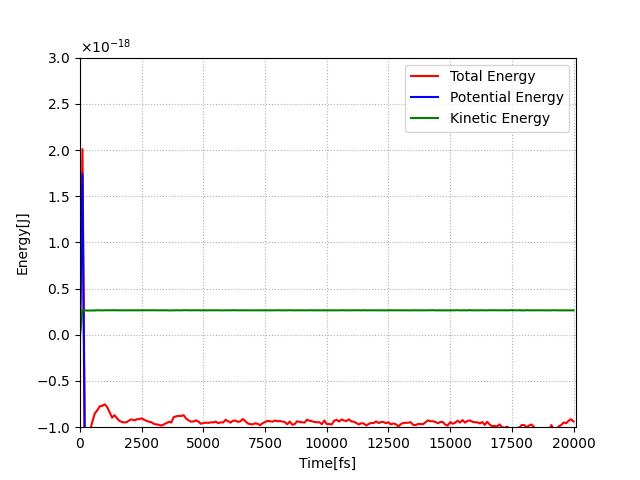
Repository: Tomoya-Oku/OU2025_Handover
Script's output: python Fortran/Samples/Modern/energy_graph.py
The author's editor kept a copy of each file at every save. The script's output is drawn from the files as they stood at one save, then again after the next save.
Random numbers start from a fixed seed.

Above is the script's output before, as saved 2024-05-06 23:55:57.

### Fortran/Samples/Modern/energy_graph.py
import matplotlib.pyplot as plt
from matplotlib.ticker import ScalarFormatter
import pandas as pd
import numpy as np

def main():
    input_dat = pd.read_table("energy.dat",header=None, delim_whitespace=True)

    time = np.arange(0, 20001, 100)
    tote = input_dat[input_dat.keys()[0]]
    pote = input_dat[input_dat.keys()[1]]
    kine = input_dat[input_dat.keys()[2]]

    print(tote)

    plt.xlabel("Time[fs]")
    plt.ylabel("Energy[J]")
    plt.xlim(0, len(time)*100)
    plt.ylim(-1e-18, 3e-18)
    plt.gca().yaxis.set_major_formatter(ScalarFormatter(useMathText=True))

    plt.grid(linestyle="dotted")

    plt.plot(time, tote, label="Total Energy", color="red")
    plt.plot(time, pote, label="Potential Energy", color="blue")
    plt.plot(time, kine, label="Kinetic Energy", color="green")
    plt.legend()
    plt.show()

###################################################################################################

main()

### Fortran/Samples/Modern/energy.dat
  0.0000000E+00  0.0000000E+00  0.0000000E+00  0.0000000E+00
  0.2009740E-17  0.1742599E-17  0.2671410E-18  0.2015490E+03
 -0.1287433E-17 -0.1551775E-17  0.2643419E-18  0.1994372E+03
 -0.1187211E-17 -0.1449932E-17  0.2627207E-18  0.1982141E+03
 -0.1044685E-17 -0.1307606E-17  0.2629203E-18  0.1983646E+03
 -0.9412290E-18 -0.1205106E-17  0.2638770E-18  0.1990864E+03
 -0.8518248E-18 -0.1115275E-17  0.2634498E-18  0.1987641E+03
 -0.8167055E-18 -0.1082203E-17  0.2654975E-18  0.2003090E+03
 -0.7735485E-18 -0.1038449E-17  0.2649010E-18  0.1998590E+03
 -0.7692481E-18 -0.1033728E-17  0.2644803E-18  0.1995416E+03
 -0.7521146E-18 -0.1017408E-17  0.2652934E-18  0.2001551E+03
 -0.7813954E-18 -0.1046555E-17  0.2651600E-18  0.2000544E+03
 -0.8372769E-18 -0.1103310E-17  0.2660335E-18  0.2007134E+03
 -0.8965536E-18 -0.1161320E-17  0.2647666E-18  0.1997576E+03
 -0.8704361E-18 -0.1136631E-17  0.2661950E-18  0.2008352E+03
 -0.9031885E-18 -0.1168286E-17  0.2650974E-18  0.2000072E+03
 -0.9320930E-18 -0.1197531E-17  0.2654380E-18  0.2002642E+03
 -0.9437238E-18 -0.1208515E-17  0.2647915E-18  0.1997764E+03
 -0.9492217E-18 -0.1214108E-17  0.2648860E-18  0.1998476E+03
 -0.9446874E-18 -0.1209500E-17  0.2648124E-18  0.1997922E+03
 -0.9248491E-18 -0.1188912E-17  0.2640627E-18  0.1992265E+03
 -0.9157106E-18 -0.1180172E-17  0.2644613E-18  0.1995273E+03
 -0.9270122E-18 -0.1191885E-17  0.2648723E-18  0.1998373E+03
 -0.9145964E-18 -0.1179811E-17  0.2652143E-18  0.2000954E+03
 -0.9122103E-18 -0.1177686E-17  0.2654755E-18  0.2002925E+03
 -0.9036327E-18 -0.1168034E-17  0.2644015E-18  0.1994821E+03
 -0.9197311E-18 -0.1184581E-17  0.2648495E-18  0.1998202E+03
 -0.9307253E-18 -0.1195792E-17  0.2650671E-18  0.1999843E+03
 -0.9416899E-18 -0.1206542E-17  0.2648516E-18  0.1998217E+03
 -0.9468624E-18 -0.1213111E-17  0.2662487E-18  0.2008758E+03
 -0.9650781E-18 -0.1230633E-17  0.2655550E-18  0.2003524E+03
 -0.9701396E-18 -0.1234945E-17  0.2648056E-18  0.1997870E+03
 -0.9735854E-18 -0.1238939E-17  0.2653539E-18  0.2002007E+03
 -0.9823917E-18 -0.1247840E-17  0.2654487E-18  0.2002722E+03
 -0.9698070E-18 -0.1234633E-17  0.2648262E-18  0.1998025E+03
 -0.9559048E-18 -0.1221478E-17  0.2655728E-18  0.2003658E+03
 -0.9418401E-18 -0.1205791E-17  0.2639505E-18  0.1991419E+03
 -0.9490433E-18 -0.1213331E-17  0.2642880E-18  0.1993965E+03
 -0.8904278E-18 -0.1154500E-17  0.2640720E-18  0.1992335E+03
 -0.8822284E-18 -0.1147417E-17  0.2651886E-18  0.2000760E+03
 -0.8774964E-18 -0.1142903E-17  0.2654065E-18  0.2002403E+03
 -0.8786047E-18 -0.1142657E-17  0.2640527E-18  0.1992190E+03
 -0.8697184E-18 -0.1135865E-17  0.2661470E-18  0.2007990E+03
 -0.9066693E-18 -0.1172063E-17  0.2653936E-18  0.2002306E+03
 -0.9266491E-18 -0.1191671E-17  0.2650218E-18  0.1999501E+03
 -0.9402176E-18 -0.1205272E-17  0.2650545E-18  0.1999748E+03
 -0.9383823E-18 -0.1203686E-17  0.2653036E-18  0.2001627E+03
 -0.9258566E-18 -0.1190971E-17  0.2651145E-18  0.2000201E+03
 -0.9401294E-18 -0.1206033E-17  0.2659040E-18  0.2006157E+03
 -0.9627398E-18 -0.1226873E-17  0.2641334E-18  0.1992798E+03
 -0.9548249E-18 -0.1220524E-17  0.2656988E-18  0.2004609E+03
 -0.9506015E-18 -0.1215171E-17  0.2645699E-18  0.1996092E+03
 -0.9537976E-18 -0.1219461E-17  0.2656634E-18  0.2004342E+03
 -0.9473235E-18 -0.1212884E-17  0.2655604E-18  0.2003565E+03
 -0.9480153E-18 -0.1212873E-17  0.2648575E-18  0.1998262E+03
 -0.9395689E-18 -0.1205318E-17  0.2657493E-18  0.2004990E+03
 -0.9559761E-18 -0.1220827E-17  0.2648504E-18  0.1998208E+03
 -0.9478495E-18 -0.1212288E-17  0.2644386E-18  0.1995101E+03
 -0.9491484E-18 -0.1214042E-17  0.2648934E-18  0.1998533E+03
 -0.9200736E-18 -0.1185618E-17  0.2655442E-18  0.2003443E+03
 -0.9347899E-18 -0.1200546E-17  0.2657557E-18  0.2005039E+03
 -0.9503190E-18 -0.1214872E-17  0.2645535E-18  0.1995968E+03
 -0.9302491E-18 -0.1196212E-17  0.2659630E-18  0.2006602E+03
 -0.9287852E-18 -0.1194841E-17  0.2660563E-18  0.2007306E+03
 -0.9425087E-18 -0.1207569E-17  0.2650599E-18  0.1999789E+03
 -0.9361554E-18 -0.1200698E-17  0.2645426E-18  0.1995886E+03
 -0.9112968E-18 -0.1176473E-17  0.2651758E-18  0.2000663E+03
 -0.9337507E-18 -0.1199076E-17  0.2653255E-18  0.2001792E+03
 -0.9600221E-18 -0.1225544E-17  0.2655222E-18  0.2003276E+03
 -0.9662998E-18 -0.1231646E-17  0.2653466E-18  0.2001952E+03
 -0.9698140E-18 -0.1234540E-17  0.2647261E-18  0.1997270E+03
 -0.9580642E-18 -0.1222983E-17  0.2649191E-18  0.1998726E+03
 -0.9637080E-18 -0.1228527E-17  0.2648191E-18  0.1997972E+03
 -0.9788009E-18 -0.1243551E-17  0.2647502E-18  0.1997452E+03
 -0.9558558E-18 -0.1221211E-17  0.2653548E-18  0.2002014E+03
 -0.9443511E-18 -0.1209653E-17  0.2653018E-18  0.2001614E+03
 -0.9314444E-18 -0.1196152E-17  0.2647079E-18  0.1997133E+03
 -0.9365196E-18 -0.1201538E-17  0.2650184E-18  0.1999476E+03
 -0.9403887E-18 -0.1205663E-17  0.2652745E-18  0.2001408E+03
 -0.9270429E-18 -0.1191803E-17  0.2647597E-18  0.1997524E+03
 -0.9361062E-18 -0.1201823E-17  0.2657169E-18  0.2004745E+03
 -0.9331902E-18 -0.1198307E-17  0.2651168E-18  0.2000218E+03
 -0.9383272E-18 -0.1202877E-17  0.2645501E-18  0.1995942E+03
 -0.9444703E-18 -0.1210038E-17  0.2655679E-18  0.2003621E+03
 -0.9682185E-18 -0.1232689E-17  0.2644706E-18  0.1995343E+03
 -0.9381254E-18 -0.1204164E-17  0.2660389E-18  0.2007175E+03
 -0.9729567E-18 -0.1238067E-17  0.2651098E-18  0.2000165E+03
 -0.9665360E-18 -0.1231196E-17  0.2646605E-18  0.1996775E+03
 -0.9353457E-18 -0.1200898E-17  0.2655518E-18  0.2003500E+03
 -0.9438126E-18 -0.1209180E-17  0.2653670E-18  0.2002105E+03
 -0.9472789E-18 -0.1212298E-17  0.2650187E-18  0.1999478E+03
 -0.9498625E-18 -0.1214704E-17  0.2648415E-18  0.1998141E+03
 -0.9183808E-18 -0.1183126E-17  0.2647451E-18  0.1997414E+03
 -0.9300651E-18 -0.1195657E-17  0.2655916E-18  0.2003800E+03
 -0.9355587E-18 -0.1200637E-17  0.2650781E-18  0.1999926E+03
 -0.9427315E-18 -0.1207839E-17  0.2651072E-18  0.2000145E+03
 -0.9465320E-18 -0.1211329E-17  0.2647973E-18  0.1997807E+03
 -0.9457175E-18 -0.1210495E-17  0.2647778E-18  0.1997661E+03
 -0.9676765E-18 -0.1233115E-17  0.2654382E-18  0.2002643E+03
 -0.9273516E-18 -0.1193156E-17  0.2658047E-18  0.2005408E+03
 -0.9667943E-18 -0.1232122E-17  0.2653281E-18  0.2001812E+03
 -0.9648564E-18 -0.1229752E-17  0.2648955E-18  0.1998548E+03
 -0.9704332E-18 -0.1235750E-17  0.2653166E-18  0.2001725E+03
 -0.9307834E-18 -0.1195549E-17  0.2647660E-18  0.1997571E+03
 -0.9200874E-18 -0.1185368E-17  0.2652804E-18  0.2001452E+03
 -0.9387429E-18 -0.1203549E-17  0.2648057E-18  0.1997871E+03
 -0.9167015E-18 -0.1182912E-17  0.2662102E-18  0.2008468E+03
 -0.9280079E-18 -0.1192593E-17  0.2645851E-18  0.1996206E+03
 -0.9325684E-18 -0.1197287E-17  0.2647188E-18  0.1997215E+03
 -0.9153961E-18 -0.1181153E-17  0.2657564E-18  0.2005044E+03
 -0.9387598E-18 -0.1204468E-17  0.2657077E-18  0.2004676E+03
 -0.9398386E-18 -0.1204853E-17  0.2650144E-18  0.1999445E+03
 -0.9555375E-18 -0.1221736E-17  0.2661986E-18  0.2008380E+03
 -0.9704523E-18 -0.1236010E-17  0.2655573E-18  0.2003541E+03
 -0.9566686E-18 -0.1220850E-17  0.2641813E-18  0.1993160E+03
 -0.9606298E-18 -0.1227208E-17  0.2665780E-18  0.2011242E+03
 -0.9806929E-18 -0.1244932E-17  0.2642386E-18  0.1993592E+03
 -0.9651374E-18 -0.1230484E-17  0.2653463E-18  0.2001949E+03
 -0.9534136E-18 -0.1218587E-17  0.2651736E-18  0.2000647E+03
 -0.9559815E-18 -0.1221485E-17  0.2655036E-18  0.2003136E+03
 -0.9374195E-18 -0.1202113E-17  0.2646940E-18  0.1997028E+03
 -0.9548110E-18 -0.1219974E-17  0.2651632E-18  0.2000568E+03
 -0.9441756E-18 -0.1208997E-17  0.2648211E-18  0.1997987E+03
 -0.9441109E-18 -0.1209106E-17  0.2649952E-18  0.1999301E+03
 -0.9566169E-18 -0.1221033E-17  0.2644159E-18  0.1994930E+03
 -0.9469026E-18 -0.1212423E-17  0.2655200E-18  0.2003260E+03
 -0.9696516E-18 -0.1234979E-17  0.2653279E-18  0.2001811E+03
 -0.9593795E-18 -0.1223962E-17  0.2645829E-18  0.1996190E+03
 -0.9682219E-18 -0.1233860E-17  0.2656382E-18  0.2004152E+03
 -0.9906631E-18 -0.1255121E-17  0.2644580E-18  0.1995247E+03
 -0.9666725E-18 -0.1231982E-17  0.2653096E-18  0.2001673E+03
 -0.9531750E-18 -0.1218269E-17  0.2650942E-18  0.2000047E+03
 -0.9526289E-18 -0.1216701E-17  0.2640723E-18  0.1992338E+03
 -0.9520371E-18 -0.1216371E-17  0.2643336E-18  0.1994309E+03
 -0.9450574E-18 -0.1209749E-17  0.2646911E-18  0.1997006E+03
 -0.9748637E-18 -0.1240098E-17  0.2652341E-18  0.2001103E+03
 -0.9773242E-18 -0.1242636E-17  0.2653115E-18  0.2001687E+03
 -0.9646059E-18 -0.1229218E-17  0.2646124E-18  0.1996412E+03
 -0.9653822E-18 -0.1230170E-17  0.2647875E-18  0.1997734E+03
 -0.9676526E-18 -0.1232332E-17  0.2646798E-18  0.1996921E+03
 -0.9464784E-18 -0.1211204E-17  0.2647255E-18  0.1997266E+03
 -0.9256983E-18 -0.1191458E-17  0.2657599E-18  0.2005070E+03
 -0.9354450E-18 -0.1200366E-17  0.2649206E-18  0.1998738E+03
 -0.9357858E-18 -0.1202093E-17  0.2663070E-18  0.2009198E+03
 -0.9427376E-18 -0.1207359E-17  0.2646214E-18  0.1996480E+03
 -0.9570580E-18 -0.1221646E-17  0.2645883E-18  0.1996230E+03
 -0.9439079E-18 -0.1208623E-17  0.2647153E-18  0.1997189E+03
 -0.9433462E-18 -0.1207719E-17  0.2643726E-18  0.1994604E+03
 -0.9723289E-18 -0.1237141E-17  0.2648118E-18  0.1997917E+03
 -0.9821890E-18 -0.1246956E-17  0.2647673E-18  0.1997581E+03
 -0.9457060E-18 -0.1210334E-17  0.2646281E-18  0.1996531E+03
 -0.9621370E-18 -0.1227303E-17  0.2651657E-18  0.2000587E+03
 -0.9525522E-18 -0.1217329E-17  0.2647765E-18  0.1997650E+03
 -0.9292767E-18 -0.1195562E-17  0.2662849E-18  0.2009031E+03
 -0.9506420E-18 -0.1215038E-17  0.2643956E-18  0.1994777E+03
 -0.9224022E-18 -0.1187567E-17  0.2651653E-18  0.2000584E+03
 -0.9501899E-18 -0.1215721E-17  0.2655313E-18  0.2003345E+03
 -0.9325969E-18 -0.1196889E-17  0.2642917E-18  0.1993993E+03
 -0.9268221E-18 -0.1193426E-17  0.2666035E-18  0.2011435E+03
 -0.9414113E-18 -0.1205617E-17  0.2642059E-18  0.1993346E+03
 -0.9466298E-18 -0.1212415E-17  0.2657855E-18  0.2005263E+03
 -0.9464295E-18 -0.1211009E-17  0.2645797E-18  0.1996166E+03
 -0.9596118E-18 -0.1225025E-17  0.2654133E-18  0.2002455E+03
 -0.9436331E-18 -0.1208914E-17  0.2652807E-18  0.2001454E+03
 -0.9748568E-18 -0.1240367E-17  0.2655099E-18  0.2003184E+03
 -0.9420349E-18 -0.1206216E-17  0.2641811E-18  0.1993158E+03
 -0.9699285E-18 -0.1236137E-17  0.2662087E-18  0.2008456E+03
 -0.9896080E-18 -0.1255256E-17  0.2656480E-18  0.2004225E+03
 -0.9864718E-18 -0.1250779E-17  0.2643071E-18  0.1994109E+03
 -0.9918689E-18 -0.1257090E-17  0.2652213E-18  0.2001006E+03
 -0.9698374E-18 -0.1234720E-17  0.2648828E-18  0.1998453E+03
 -0.9988809E-18 -0.1264150E-17  0.2652691E-18  0.2001367E+03
 -0.1006481E-17 -0.1272251E-17  0.2657695E-18  0.2005143E+03
 -0.9939218E-18 -0.1258063E-17  0.2641408E-18  0.1992855E+03
 -0.1009669E-17 -0.1275907E-17  0.2662381E-18  0.2008678E+03
 -0.1027585E-17 -0.1293146E-17  0.2655617E-18  0.2003575E+03
 -0.1032928E-17 -0.1296967E-17  0.2640389E-18  0.1992086E+03
 -0.1007547E-17 -0.1272822E-17  0.2652757E-18  0.2001417E+03
 -0.1003992E-17 -0.1269907E-17  0.2659146E-18  0.2006237E+03
 -0.9761651E-18 -0.1240461E-17  0.2642955E-18  0.1994022E+03
 -0.9775537E-18 -0.1241763E-17  0.2642088E-18  0.1993368E+03
 -0.9984467E-18 -0.1264722E-17  0.2662755E-18  0.2008960E+03
 -0.9813454E-18 -0.1246298E-17  0.2649524E-18  0.1998978E+03
 -0.9708930E-18 -0.1236258E-17  0.2653650E-18  0.2002091E+03
 -0.9999555E-18 -0.1264660E-17  0.2647041E-18  0.1997104E+03
 -0.1021355E-17 -0.1286361E-17  0.2650063E-18  0.1999384E+03
 -0.1038725E-17 -0.1303980E-17  0.2652555E-18  0.2001265E+03
 -0.1026800E-17 -0.1292385E-17  0.2655852E-18  0.2003752E+03
 -0.1015801E-17 -0.1281163E-17  0.2653626E-18  0.2002072E+03
 -0.1022004E-17 -0.1286221E-17  0.2642175E-18  0.1993433E+03
 -0.1043718E-17 -0.1308877E-17  0.2651585E-18  0.2000532E+03
 -0.9768984E-18 -0.1240997E-17  0.2640984E-18  0.1992534E+03
 -0.1023436E-17 -0.1289678E-17  0.2662424E-18  0.2008710E+03
 -0.1017850E-17 -0.1282666E-17  0.2648165E-18  0.1997953E+03
 -0.9912801E-18 -0.1255677E-17  0.2643970E-18  0.1994787E+03
 -0.9767044E-18 -0.1241283E-17  0.2645790E-18  0.1996160E+03
 -0.9483530E-18 -0.1212757E-17  0.2644037E-18  0.1994838E+03
 -0.9566539E-18 -0.1221918E-17  0.2652640E-18  0.2001328E+03
 -0.9302121E-18 -0.1195422E-17  0.2652098E-18  0.2000919E+03
 -0.9145513E-18 -0.1179579E-17  0.2650276E-18  0.1999545E+03
 -0.9378825E-18 -0.1202594E-17  0.2647119E-18  0.1997163E+03

After the next save:
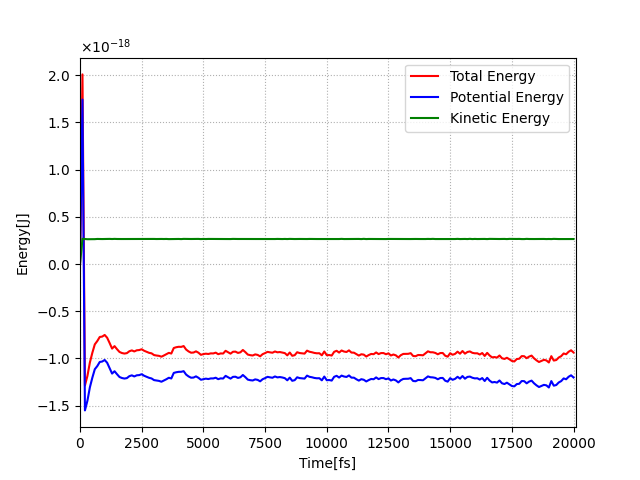
Saved 9 s later.
--- a/Fortran/Samples/Modern/energy_graph.py
+++ b/Fortran/Samples/Modern/energy_graph.py
@@ -16,7 +16,7 @@ def main():
     plt.xlabel("Time[fs]")
     plt.ylabel("Energy[J]")
     plt.xlim(0, len(time)*100)
-    plt.ylim(-1e-18, 3e-18)
+    #plt.ylim(-1e-18, 3e-18)
     plt.gca().yaxis.set_major_formatter(ScalarFormatter(useMathText=True))
 
     plt.grid(linestyle="dotted")
